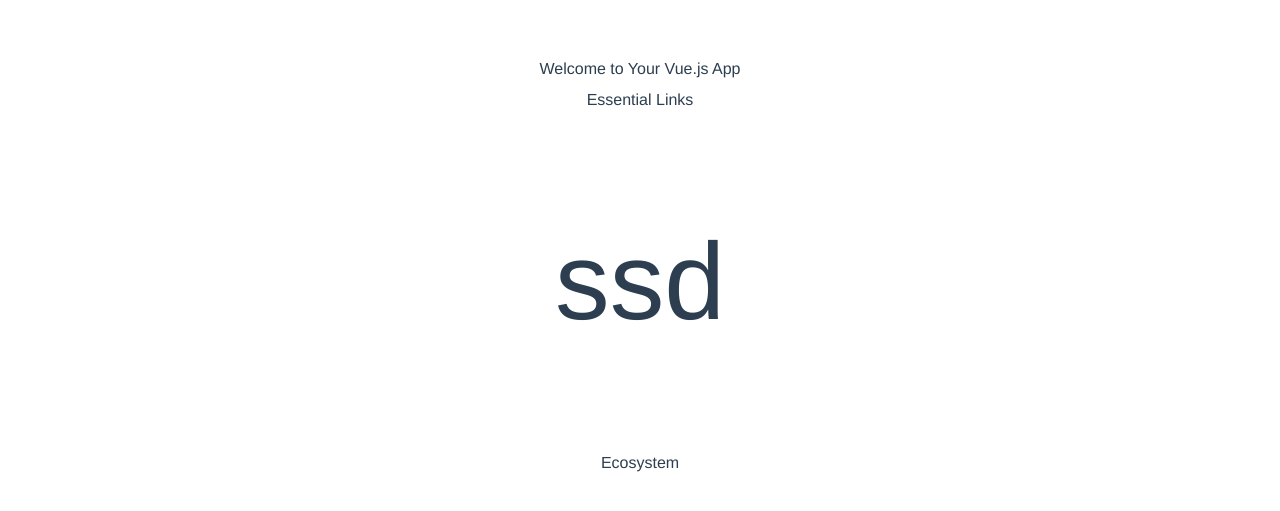
Repository: rechard-work/h5-app-communication
Page: /
An editor plug-in stored every save of this project. The page is shown before and after the next save, followed by the edit.
The browser window is 1280 px wide. The pictures show the whole page.
The project was rebuilt for these pictures with package versions that can differ from the ones it lists, and the page was loaded fresh each time.

Above is the page before, as saved 2020-07-10 15:14:47.

After the next save:
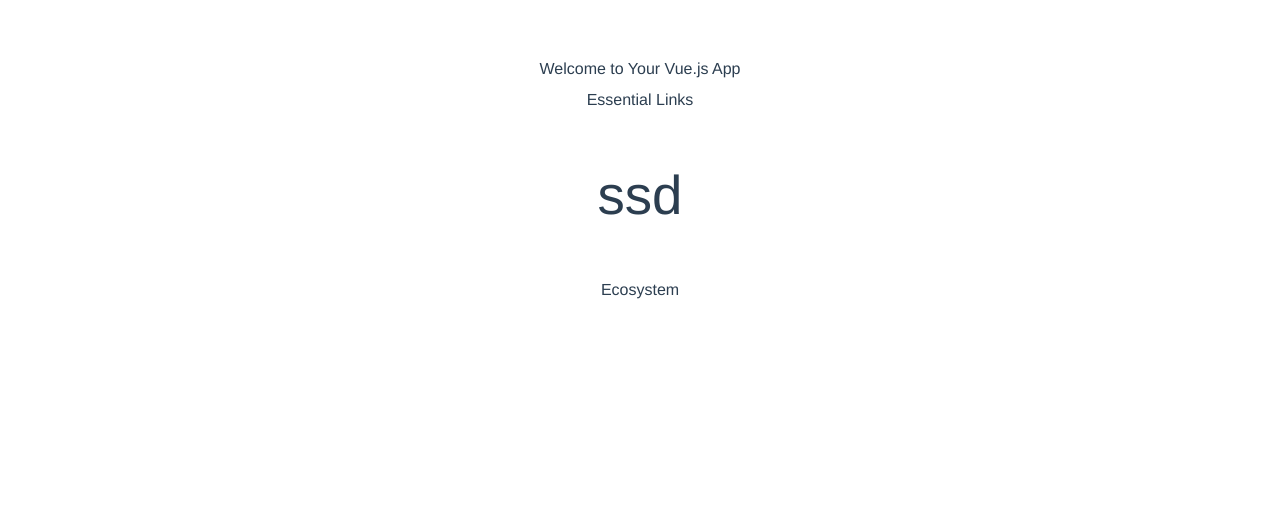
Saved 114 s later.
--- a/src/common/js/rem.js
+++ b/src/common/js/rem.js
@@ -1,6 +1,6 @@
 /* eslint-disable */
 (function(window) {
-  const baseSize = 64
+  const baseSize = 32
   // 设置 rem 函数
   function setRem () {
     // 当前页面宽度相对于 750 宽的缩放比例，可根据自己需要修改。
